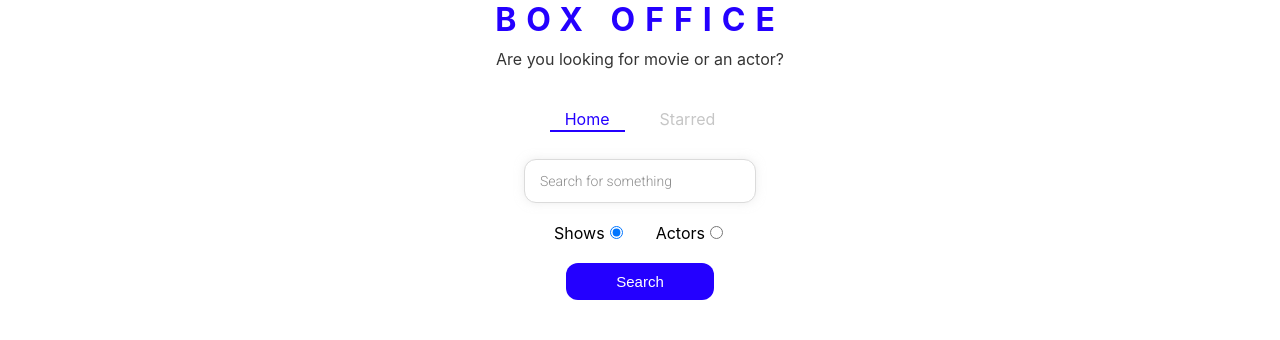
Repository: Mayur2905/Box-office
Page: /
An editor plug-in stored every save of this project. The page is shown before and after the next save, followed by the edit.
The browser window is 1280 px wide. The pictures show the whole page.
The project was rebuilt for these pictures with package versions that can differ from the ones it lists, and the page was loaded fresh each time. A package was used in the major version that the imports need, not the one package.json lists. Also part of the build but not shown: src/components/styled.js, src/components/show/ShowCard.styled.js, src/components/show/ShowCard.js, src/components/show/ShowGrid.js, src/components/actor/ActorCard.js, src/components/actor/ActorGrid.js, src/pages/Starred.js, src/components/show/ShowMainData.styled.js and 9 more.

Above is the page before, as saved 2021-10-16 21:40:11.

After the next save:
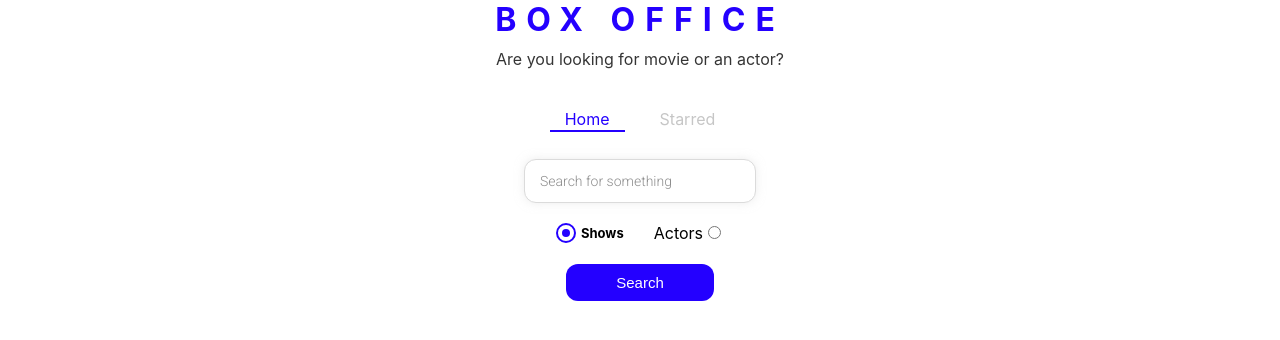
Saved 97 s later.
--- a/src/components/CustomRadio.js
+++ b/src/components/CustomRadio.js
@@ -2,7 +2,7 @@
 import React from 'react'
 import styled from 'styled-components';
 
-export const RadioWrapper = styled.label`
+ const RadioWrapper = styled.label`
   display: block;
   position: relative;
   padding-left: 25px;
@@ -56,12 +56,13 @@ export const RadioWrapper = styled.label`
 
 const CustomRadio = ({label , ...restProps}) => {
     return (
-    <label htmlFor={restProps.id}>
+    <RadioWrapper htmlFor={restProps.id}>
         {label}
         <input {...restProps}
           type="radio"
           />
-    </label>
+          <span/>
+    </RadioWrapper>
     )
 }
 
